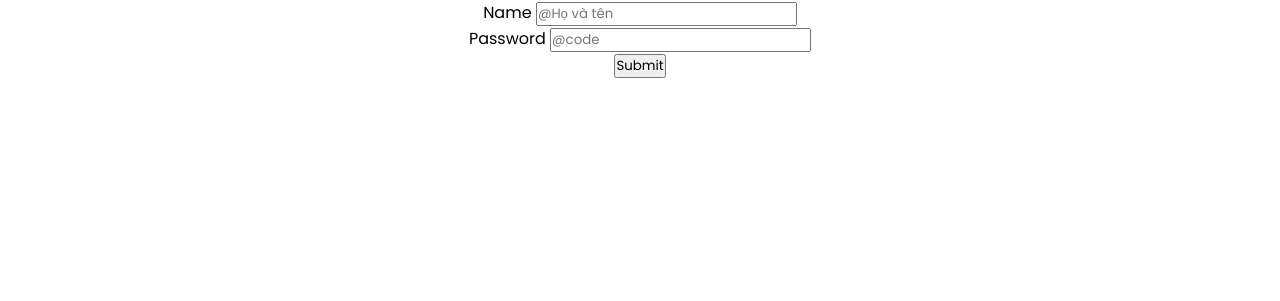
Repository: TruongVu299/Nhom21_NguyenThiNgocLam_DoTruongVu
Page: SourcesCode/index2.html
An editor plug-in stored every save of this project. The page is shown before and after the next save, followed by the edit.
The browser window is 1280 px wide. The pictures show the whole page.

Above is the page before, as saved 2023-04-22 02:43:01.

### SourcesCode/index2.html
<!DOCTYPE html>
<html lang="en">
<head>
    <meta charset="UTF-8">
    <meta http-equiv="X-UA-Compatible" content="IE=edge">
    <meta name="viewport" content="width=device-width, initial-scale=1.0">
    <title>Đăng nhập</title>
    <link rel="stylesheet" href="./style2.css">
</head>
<body>
    <div id="wrapper">
        <div class="header1">
            <label >Name</label>
            <input placeholder="@Họ và tên" >
        </div>
        <div class="header2">
            <label>Password</label>
            <input placeholder="@code" >
        </div>
        <div class="header3">
            <button >Submit</button>
        </div>
    </div>
</body>
</html>

### SourcesCode/style2.css
@import url('https://fonts.googleapis.com/css2?family=Poppins:ital,wght@0,400;0,500;0,600;1,200;1,400;1,500&display=swap');
*{
    padding:0;
    margin:0;
    box-sizing: border-box;
    font-family:'Poppins', sans-serif;
    cursor: pointer;
}
#wrapper {
   text-align: center;
}

After the next save:
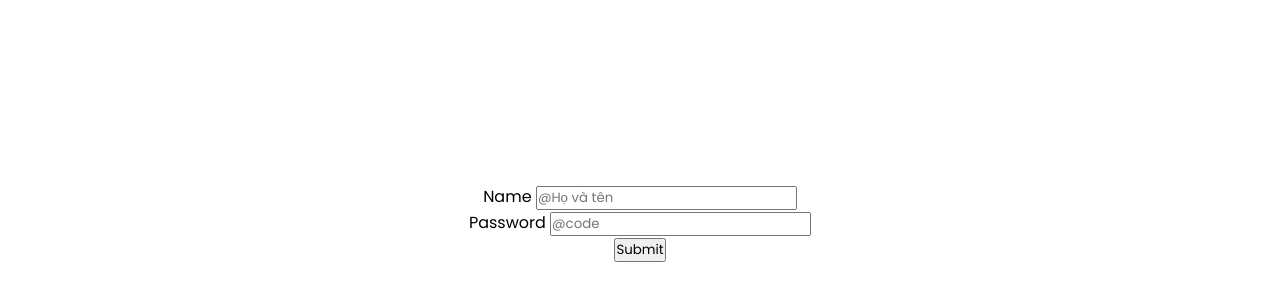
Saved 29 s later.
--- a/SourcesCode/style2.css
+++ b/SourcesCode/style2.css
@@ -7,5 +7,10 @@
     cursor: pointer;
 }
 #wrapper {
-   text-align: center;
+    text-align: center;
+    width:max-content;
+    height: 478px;
+    margin:0px auto;
+    margin-top:184px;
+    margin-bottom: 50px;
 }
